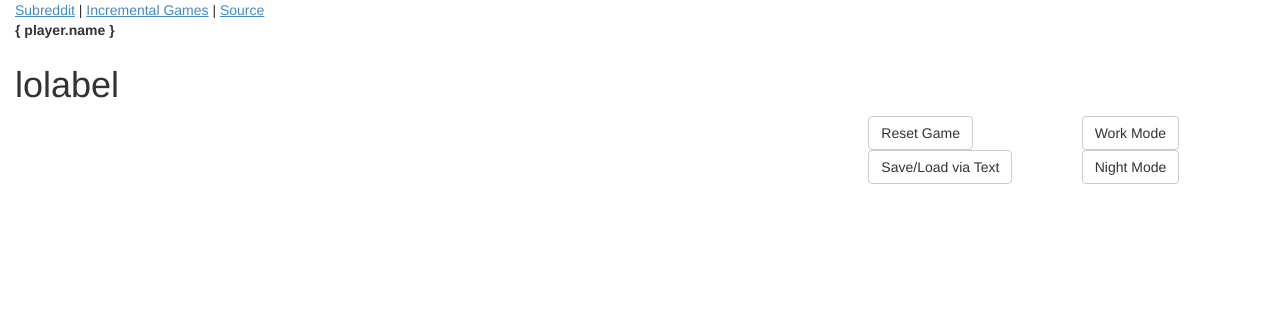
Repository: Polatrite/league-of-clickers
Page: test.html
The author's editor kept a record of every edit. The page is drawn from the files as they stood at one moment, then again after the next edit.
The browser window is 1280 px wide. The pictures show the whole page.

Above is the page before.
Console error: ReferenceError: jQuery is not defined
Not found: lib/jquery.min.js
Not found: styles.css

### test.html
<html>
<head>
	<meta name="viewport" content="width=device-width, initial-scale=1">
	<title>League of Clickers</title>
	<link rel="shortcut icon" type="image/x-icon" href="favicon.ico"/>


	<script src="quick-function.js" text="type/javascript"></script>
	<script src="lib/underscore.min.js" text="type/javascript"></script>
	<script src="lib/jquery.min.js" text="type/javascript"></script>
	<script src="lib/jquery.cookie.js" text="type/javascript"></script>
	<script src="lib/rivets.js" text="type/javascript"></script>
	<script src="lib/bootstrap/js/bootstrap.js" text="type/javascript"></script>
	<script src="lib/iugo.js" text="type/javascript"></script>
	<script src="lib/fastclick.js" text="type/javascript"></script>

	<script src="src/game.js" text="type/javascript"></script>

	<link  href="lib/bootstrap/css/bootstrap.css" rel="stylesheet">
	<link  href="lib/bootstrap/css/bootstrap.override.css" rel="stylesheet">
	<link  href="styles.css" rel="stylesheet">

	<script text="type/javascript">

window.addEventListener('load', function() {
    FastClick.attach(document.body);
}, false);

	</script>

</head>
<body class="bindto-player container-fluid" ng-app>
<div ng-controller="gameController">

<!-- Modal -->
<div class="modal fade" id="saveLoadModal" tabindex="-1" role="dialog" aria-labelledby="saveLoadModalLabel" aria-hidden="true">
	<div class="modal-dialog">
		<div class="modal-content">
			<div class="modal-header">
				<button type="button" class="close" data-dismiss="modal"><span aria-hidden="true">&times;</span><span class="sr-only">Close</span></button>
				<h4 class="modal-title" id="saveLoadModalLabel">Save/Load via Text</h4>
			</div>
			<div class="modal-body">
				<label>To save, simply copy the following text and save it as a text file on your computer.</label>
				<textarea id="saveTextData" style="width: 100%; height: 10em; font-size: 1em;"></textarea>
				<button id="selectSaveTextData" type="button" class="btn btn-default">Select All Text</button>
				<hr>
				<label>To load, paste your text file into this block, then click "Load Text Data".</label>
				<textarea id="loadTextData" style="width: 100%; height: 10em; font-size: 1em;"></textarea>
				<div id="loadTextDataFailedAlert" class="alert alert-danger hidden">We had trouble loading your text data. Please make sure your data is valid and try again!</div>
			</div>
			<div class="modal-footer">
				<button type="button" class="btn btn-default" data-dismiss="modal">Close</button>
				<button id="loadTextSaveData" type="button" class="btn btn-primary">Load Text Data</button>
			</div>
		</div>
	</div>
</div>
<div class="row row-margin">
	<div class="col-md-3">
		<a href="http://www.reddit.com/r/polatrite" style="text-decoration: underline;">Subreddit</a> | <a href="http://www.reddit.com/r/incremental_games" style="text-decoration: underline;">Incremental Games</a> | <a href="http://www.github.com/Polatrite/progress-bars" style="text-decoration: underline;">Source</a>
		<br>
		<label id="lblVersion" rv-html"player.name">{ player.name }</label>
		<div id="herpderp">
			<h1 rv-text="player.name">lolabel</h1>
		</div>
	</div>
</div>
<div class="row row-margin">
	<div ng-repeat="champion in champions" class="col-sm-4"></div>
</div>
<div class="row row-margin">
	<div class="col-md-8"></div>
	<div class="col-md-2">
		<button type="button" id="resetGame" class="btn btn-default color-coral pull-left">Reset Game</button>
		<button type="button" id="saveGame" class="btn btn-default color-food pull-left hidden">Save Game</button>
		<button type="button" id="loadGame" class="btn btn-default color-mountain pull-left hidden">Load Game</button>
		<button type="button" id="saveGameTextExport" class="btn btn-default color-food pull-left" data-toggle="modal" data-target="#saveLoadModal">Save/Load via Text</button>
	</div>
	<div class="col-md-2">
		<button type="button" id="workMode" class="btn btn-default color-stone pull-left">Work Mode</button>
		<button type="button" id="nightMode" class="btn btn-default color-stone pull-left">Night Mode</button>
		<button type="button" id="superDevMode" class="btn btn-default color-stone pull-left hidden">Top Secret Dev Mode</button>
	</div>
</div>



</div>
<script>
  (function(i,s,o,g,r,a,m){i['GoogleAnalyticsObject']=r;i[r]=i[r]||function(){
  (i[r].q=i[r].q||[]).push(arguments)},i[r].l=1*new Date();a=s.createElement(o),
  m=s.getElementsByTagName(o)[0];a.async=1;a.src=g;m.parentNode.insertBefore(a,m)
  })(window,document,'script','//www.google-analytics.com/analytics.js','ga');

  ga('create', 'UA-56485884-1', 'auto');
  ga('send', 'pageview');

</script>
</body>
</html>

### quick-function.js
var f = function(func) {
  var args = Array.prototype.slice.call(arguments, 1);

  return function() {
    return func.apply(undefined,args);
  };
};

### src/game.js

var player = {
    champions: {}
    draftChampions: {}
}


var auction = {
    currentBid: 15,
    timeLeft: 38,
    product: {
        name: "Toaster"
    }
};

function initialize() {
    rivets.bind($('#auction'), {auction: auction});
}

var player = {
    workers: 3859,
    workersUsed: 2811,
    money: 343417831.38
}

### lib/bootstrap/css/bootstrap.override.css
.progress {
    margin-bottom: 6px;
}

.progress-bar {
  -webkit-transition: width .1s ease;
       -o-transition: width .1s ease;
          transition: width .1s ease;
}

.btn-md {
    padding: 4px 12px;
}

h4,
.h4,
h5,
.h5,
h6,
.h6 {
  margin-top: 8px;
  margin-bottom: 8px;
}

.well-sm {
    padding: 6px;
}

.well-xs {
  padding: 4px;
  border-radius: 2px;
}

Loaded but not shown: lib/underscore.min.js (library); lib/jquery.cookie.js (library); lib/rivets.js (library); lib/bootstrap/js/bootstrap.js (library); lib/iugo.js (library); lib/fastclick.js (library); lib/bootstrap/css/bootstrap.css (library); lib/jquery.js (library)

After the next edit:
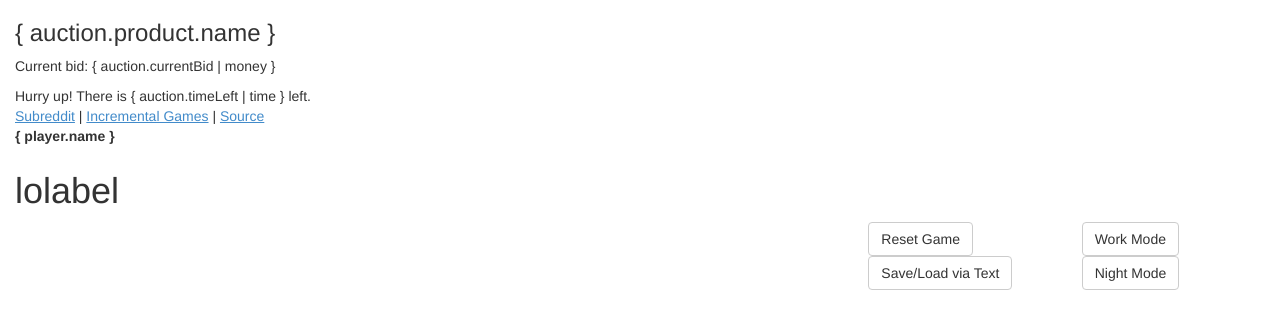
The edit:
--- a/test.html
+++ b/test.html
@@ -56,6 +56,14 @@
 		</div>
 	</div>
 </div>
+<section id="auction">
+  <h3>{ auction.product.name }</h3>
+  <p>Current bid: { auction.currentBid | money }</p>
+
+  <aside rv-if="auction.timeLeft | lt 120">
+    Hurry up! There is { auction.timeLeft | time } left.
+  </aside>
+</section>
 <div class="row row-margin">
 	<div class="col-md-3">
 		<a href="http://www.reddit.com/r/polatrite" style="text-decoration: underline;">Subreddit</a> | <a href="http://www.reddit.com/r/incremental_games" style="text-decoration: underline;">Incremental Games</a> | <a href="http://www.github.com/Polatrite/progress-bars" style="text-decoration: underline;">Source</a>

After the 3 edits that followed:
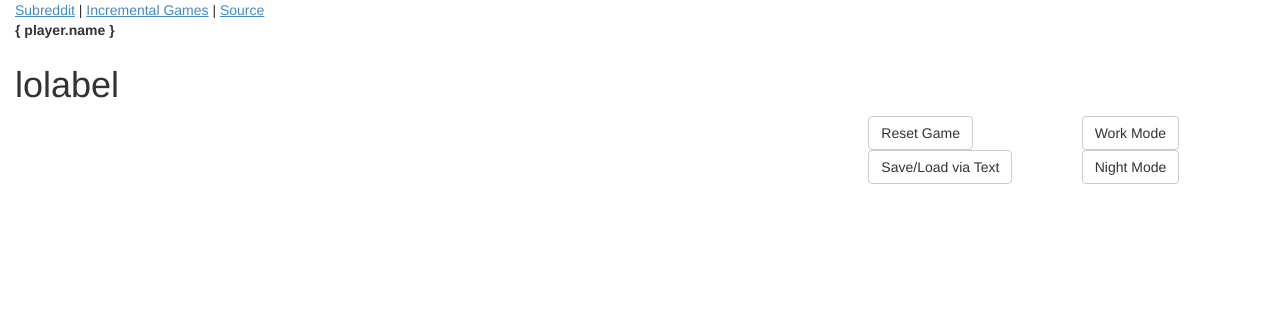
Console error: SyntaxError: Unexpected identifier 'draftChampions'
The 3 edits are shown as one change because 2 left the picture as it was.
The edit:
--- a/test.html
+++ b/test.html
@@ -7,11 +7,10 @@
 
 	<script src="quick-function.js" text="type/javascript"></script>
 	<script src="lib/underscore.min.js" text="type/javascript"></script>
-	<script src="lib/jquery.min.js" text="type/javascript"></script>
+	<script src="lib/jquery.js" text="type/javascript"></script>
 	<script src="lib/jquery.cookie.js" text="type/javascript"></script>
 	<script src="lib/rivets.js" text="type/javascript"></script>
 	<script src="lib/bootstrap/js/bootstrap.js" text="type/javascript"></script>
-	<script src="lib/iugo.js" text="type/javascript"></script>
 	<script src="lib/fastclick.js" text="type/javascript"></script>
 
 	<script src="src/game.js" text="type/javascript"></script>
@@ -56,14 +55,6 @@
 		</div>
 	</div>
 </div>
-<section id="auction">
-  <h3>{ auction.product.name }</h3>
-  <p>Current bid: { auction.currentBid | money }</p>
-
-  <aside rv-if="auction.timeLeft | lt 120">
-    Hurry up! There is { auction.timeLeft | time } left.
-  </aside>
-</section>
 <div class="row row-margin">
 	<div class="col-md-3">
 		<a href="http://www.reddit.com/r/polatrite" style="text-decoration: underline;">Subreddit</a> | <a href="http://www.reddit.com/r/incremental_games" style="text-decoration: underline;">Incremental Games</a> | <a href="http://www.github.com/Polatrite/progress-bars" style="text-decoration: underline;">Source</a>
